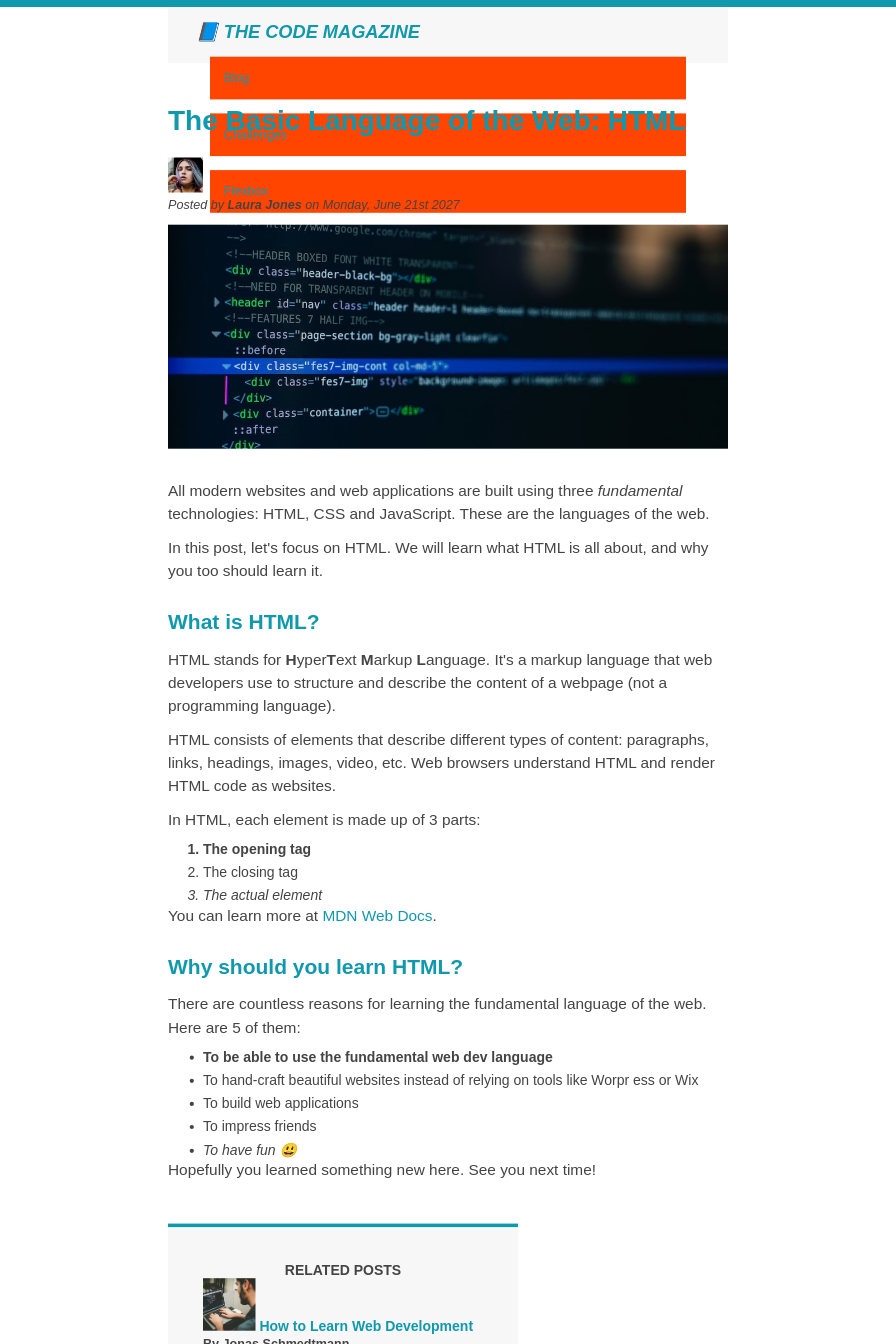
Repository: sunny070/CSS
Page: #1/index.html
These files come from the project's save history. The page is drawn as it stood at one moment and after the next save; the edit follows.
The browser window is 1280 px wide. The pictures show the part of the page from y = 0 to 1920 px (the page is 2286 px tall before and 2621 px after), at 70% of full size.

Above is the page before, as saved 2023-11-06 10:46:31.

### #1/index.html
<!DOCTYPE html>
<html lang="en">
  <head>
    <meta charset="UTF-8" />
    <title>The Basic Language of the Web: HTML</title>
    <link rel="stylesheet" href="style.css">
  </head>

  <body>
    <!--
    <h1>The Basic Language of the Web: HTML</h1>
    <h2>The Basic Language of the Web: HTML</h2>
    <h3>The Basic Language of the Web: HTML</h3>
    <h4>The Basic Language of the Web: HTML</h4>
    <h5>The Basic Language of the Web: HTML</h5>
    <h6>The Basic Language of the Web: HTML</h6>
    -->
<div class="container">
    <header class="main-header">
      <h1>📘 The Code Magazine</h1>

      <nav>
        <a href="blog.html">Blog</a>
        <a href="#">Challenges</a>
        <a href="#">Flexbox</a>
        <a href="#">CSS Grid</a>
      </nav>
    </header>

    <article>
      <!-- <p>Test</p> -->
      <header class="post-header">
        <h2>The Basic Language of the Web: HTML</h2>

        <img
          src="img/laura-jones.jpg"
          alt="Headshot of Laura Jones"
          height="50"
          width="50"

        />

        <p id="author">Posted by <strong>Laura Jones</strong> on Monday, June 21st 2027</p>

        <img
          src="img/post-img.jpg"
          alt="HTML code on a screen"
          width="500"
          height="200"
          class="post-img"
        />
      </header>

      <p>
        All modern websites and web applications are built using three
        <em>fundamental</em>
        technologies: HTML, CSS and JavaScript. These are the languages of the
        web.
      </p>

      <p>
        In this post, let's focus on HTML. We will learn what HTML is all about,
        and why you too should learn it.
      </p>

      <h3>What is HTML?</h3>
      <p>
        HTML stands for <strong>H</strong>yper<strong>T</strong>ext
        <strong>M</strong>arkup <strong>L</strong>anguage. It's a markup
        language that web developers use to structure and describe the content
        of a webpage (not a programming language).
      </p>
      <p>
        HTML consists of elements that describe different types of content:
        paragraphs, links, headings, images, video, etc. Web browsers understand
        HTML and render HTML code as websites.
      </p>
      <p>In HTML, each element is made up of 3 parts:</p>

      <ol>
        <li class="first-li">The opening tag</li>
        <li>The closing tag</li>
        <li>The actual element</li>
      </ol>

      <p>
        You can learn more at
        <a
          href="https://developer.mozilla.org/en-US/docs/Web/HTML"
          target="_blank"
          >MDN Web Docs</a
        >.
      </p>

      <h3>Why should you learn HTML?</h3>

      <p>
        There are countless reasons for learning the fundamental language of the
        web. Here are 5 of them:
      </p>

      <ul>
        <li class="first-li">To be able to use the fundamental web dev language</li>
        <li>
          To hand-craft beautiful websites instead of relying on tools like
          Worpr ess or Wix
        </li>
        <li>To build web applications</li>
        <li>To impress friends</li>
        <li>To have fun 😃</li>
      </ul>

      <p>Hopefully you learned something new here. See you next time!</p>
    </article>

    <aside>
      <h4>Related posts</h4>

      <ul class="related">
        <li>
          <img
            src="img/related-1.jpg"
            alt="Person programming"
            width="75"
            width="75"
          />
          <a href="#">How to Learn Web Development</a>
          <p class="related-author">By Jonas Schmedtmann</p>
        </li>
        <li>
          <img src="img/related-2.jpg" alt="Lightning" width="75" heigth="75" />
          <a href="#">The Unknown Powers of CSS</a>
          <p class="related-author">By Jim Dillon</p>
        </li>
        <li>
          <img
            src="img/related-3.jpg"
            alt="JavaScript code on a screen"
            width="75"
            height="75"
          />
          <a href="#">Why JavaScript is Awesome</a>
          <p class="related-author">By Matilda</p>
        </li>
      </ul>
    </aside>

    <footer> <p id="copyright" class="copyright text">Copyright &copy; 2027 by The Code Magazine.</p> </footer>
  </div>
  </body>
</html>

### #1/style.css
*{
    margin:0;
    padding:0;
    box-sizing: border-box;

}
/* PAGE SECTION */
body{
    /* color:red; */
    color:#444;
    font-family: sans-serif;
    border-top:10px solid #1098ad;

}
.container{
    width: 800px;
    /* margin-left: auto;
    margin-right: auto; */
    margin:0 auto;
}
.main-header{
    background-color:#f7f7f7 ;
    /* padding: 20px;
    padding-left: 40px;
    padding-right:40px; */
    padding:20px 40px;
    margin-bottom:60px;
    height:80px;
}
nav {
    font-size: 18px;
    }

article{
    margin-bottom:60px;
}



.post-header{
    margin-bottom:40px;
}
aside{
    background-color:#f7f7f7;
    border-top: 5px solid #1098ad;
    border-bottom: 5px solid #1098ad;
    /* padding-top:50px;
    padding-bottom:50px; */
    padding: 50px 0;
    width:500px;

}
/* SMALLER ELEMENTS */
h1,h2,h3{
    color:#1098ad;
}

h1{

    font-size: 26px;

    text-transform: uppercase;
    font-style: italic;

}
h2{
    font-size: 40px;
    margin-bottom:30px;


}
h3{
    font-size: 30px;
    margin-bottom:20px;
    margin-top:40px;

}
h4{
    font-size:20px;
    font-family:sans-serif;
    text-transform: uppercase;
    text-align: center;
}
p{
    font-size: 22px;

    line-height: 1.5;
    margin-bottom:15px;
}

ul,ol{
    margin-left:50px;
}
li{

    font-size: 20px;
    margin-bottom:10px ;
}
li:last-child{
    margin-bottom: 0;
}
/* footer p{
    font-size:16px ;
} */

/* article header p{
    font-style: italic;
} */

#author{
    font-style: italic;
    font-size: 18px;
}
#copyright{
    font-size :16px;
}

.related-author{
    font-size:18px;
    font-weight:bold;
}
/* ul{
  list-style: none;
} */

.related{
    list-style: none;
}


/* .first-li{
    font-weight: bold;
} */
li:first-child{
    font-weight: bold;
}

li:last-child{
    font-style: italic;
}
li:nth-child(even){
    /* color:red; */
}

/* Misconception this won't work */
article p:first-child{
    color:red;
}

/* Style Links */
a:link{
    color:#1098ad;
    text-decoration: none;
}
a:visited{
    /* color:#777;
     */
     color: #1098ad;
}
a:hover{
    cursor: pointer;
    color:orange;
    font-weight: bold;
    text-decoration: underline orangered;
}
a:active{
    background-color:black;
    font-style: italic;
}
/* LVHA */

.post-img{
    width:100%;
    height: auto;
}
nav a:link{
    background-color: orangered;
    margin: 20px;
    padding: 20px;
    display: block;
}

/* resolving conflicts */
/* #copyright{
    color:red;
}
.copyright{
    color:blue;
}
.text{
    color:yellow;
}

footer p{
    color: #000;
} */

After the next save:
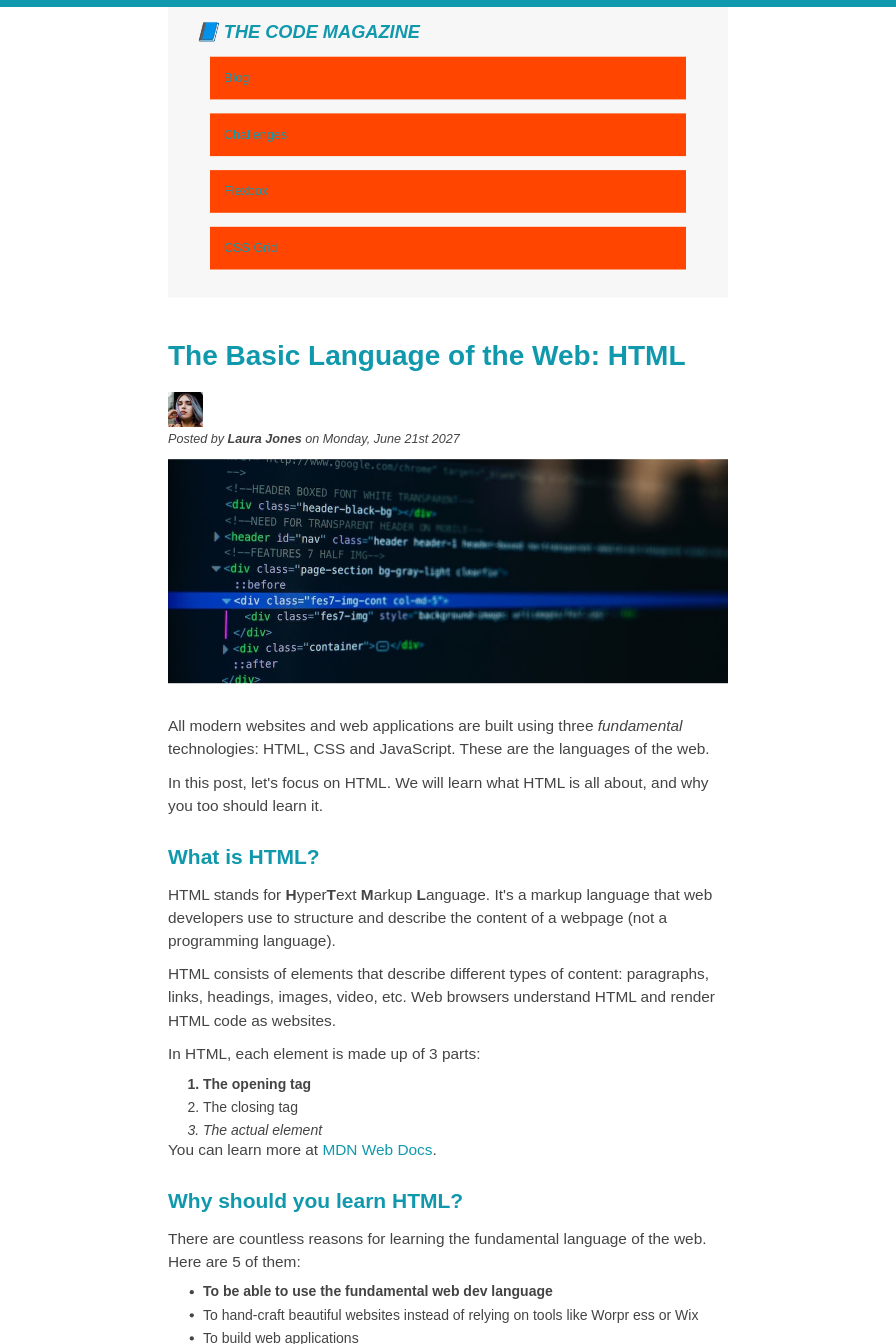
Saved 49 s later.
--- a/#1/style.css
+++ b/#1/style.css
@@ -25,7 +25,7 @@ body{
     padding-right:40px; */
     padding:20px 40px;
     margin-bottom:60px;
-    height:80px;
+    /* height:80px; */
 }
 nav {
     font-size: 18px;
